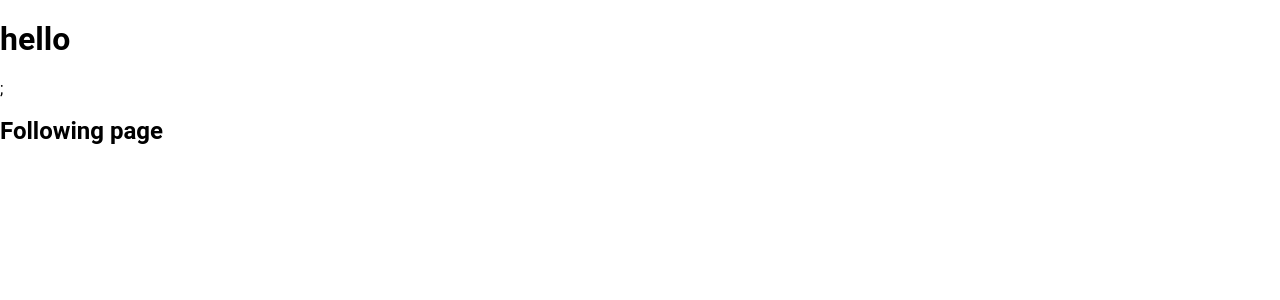
Repository: PhanMinhHuong/toptop-ui
Page: /following
The author's editor kept a copy of each file at every save. The page is drawn from the files as they stood at one save, then again after the next save.
The browser window is 1280 px wide. The pictures show the whole page.
The project was rebuilt for these pictures with package versions that can differ from the ones it lists, and the page was loaded fresh each time. Also part of the build but not shown: src/pages/Home/index.js.

Above is the page before, as saved 2025-07-18 22:48:49.

After the next save:
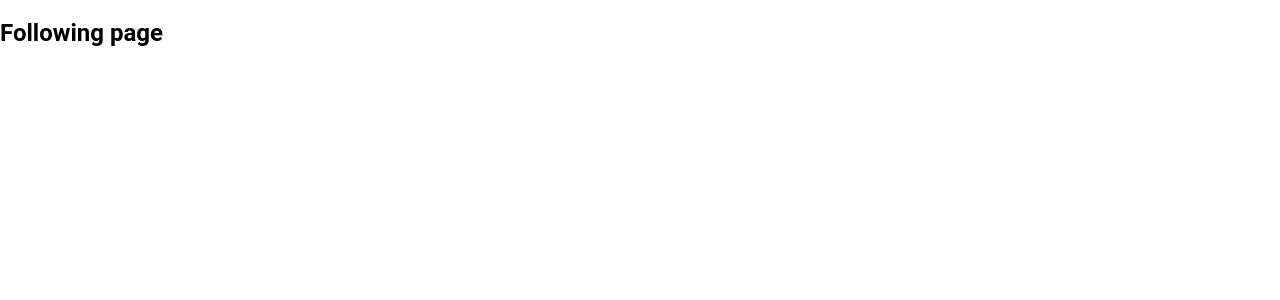
Saved 20 s later.
--- a/src/App.js
+++ b/src/App.js
@@ -6,7 +6,6 @@
     return (
         <Router>
             <div className="App">
-                <h1>hello</h1>;
                 <Routes>
                     <Route path="/" element={<Home />}></Route>
                     <Route path="/following" element={<Following />}></Route>
